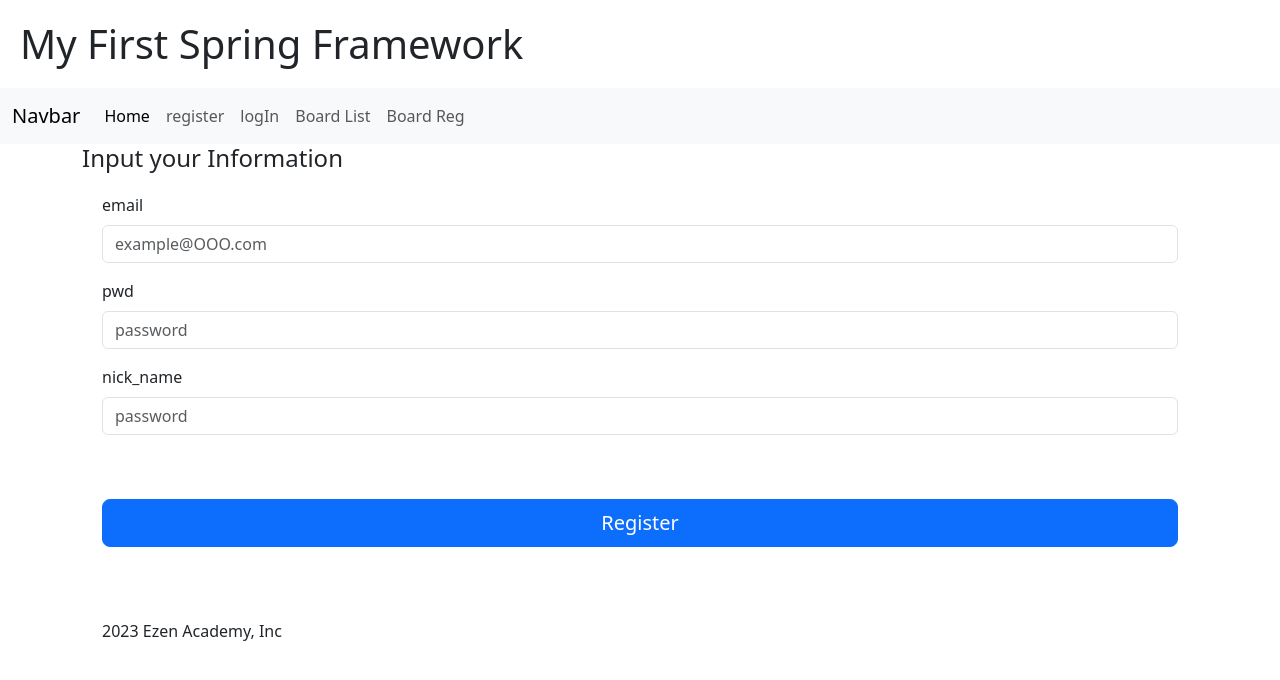
Repository: dhalfks/231101_springSecurity
Page: http://localhost/springProject/WEB-INF/views/member/register.jsp
The author's editor kept a copy of each file at every save. The page is drawn from the files as they stood at one save, then again after the next save.
The browser window is 1280 px wide. The pictures show the whole page.
The page is served by Tomcat 9. Nobody is signed in. The template is opened directly, without the code that normally fills it, so the values that code supplies are empty.

Above is the page before, as saved 2023-10-27 10:31:53.

After the next save:
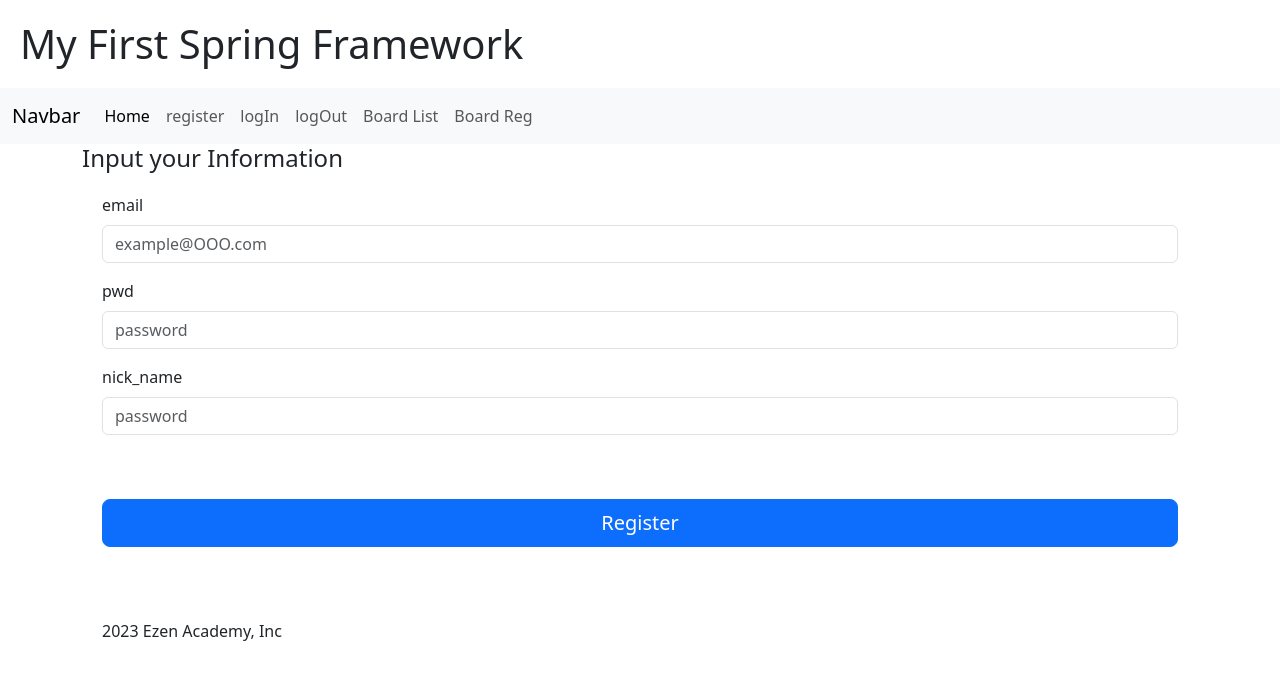
Saved 23 s later.
--- a/_springTest2/springProject/src/main/webapp/WEB-INF/views/common/nav.jsp
+++ b/_springTest2/springProject/src/main/webapp/WEB-INF/views/common/nav.jsp
@@ -27,6 +27,9 @@
           <a class="nav-link" href="/member/login">logIn</a>
         </li>
         <li class="nav-item">
+          <a class="nav-link" href="/member/login">logOut</a>
+        </li>
+        <li class="nav-item">
           <a class="nav-link" href="/board/list">Board List</a>
         </li>
         <li class="nav-item">
